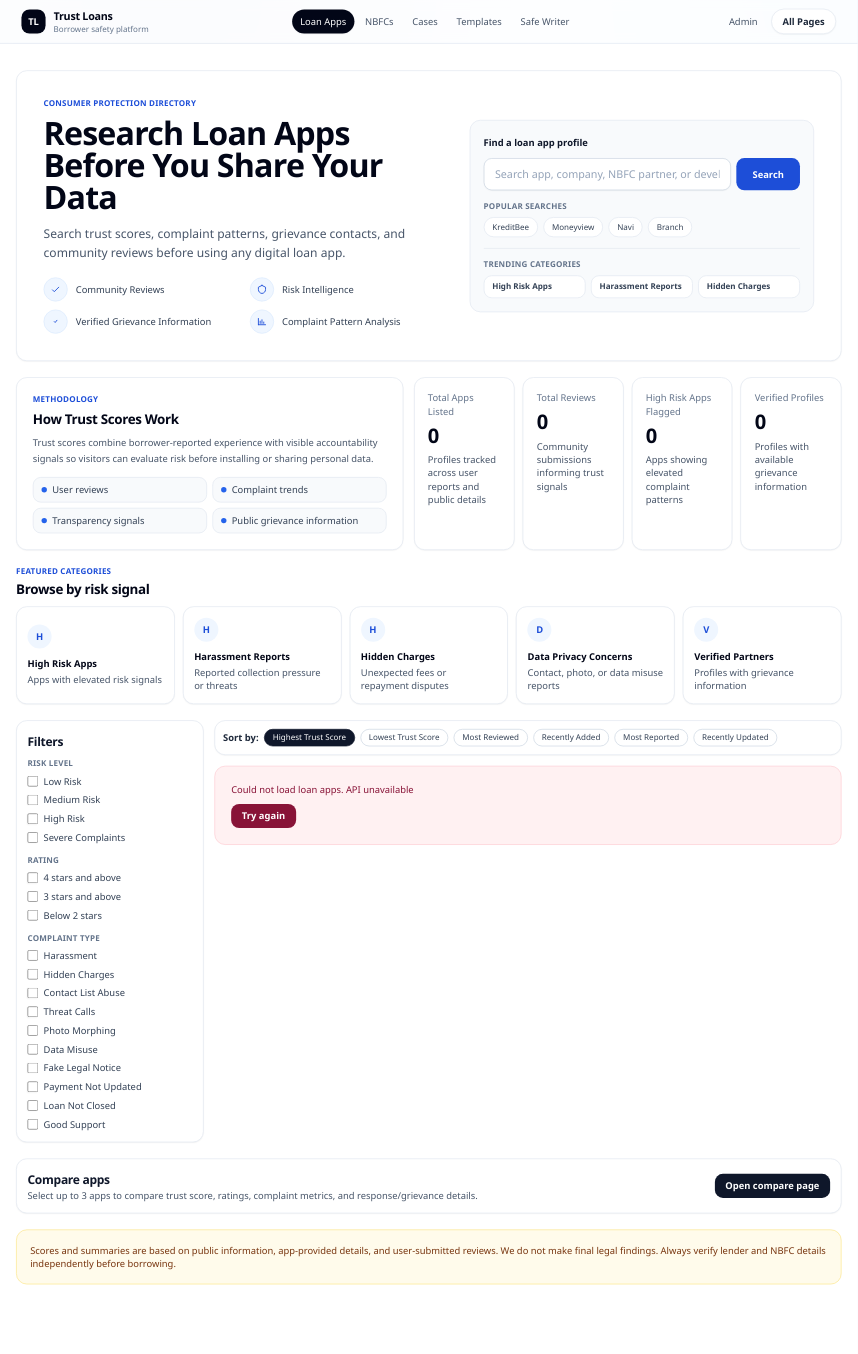
Repository: zenmeraki7/trust-loans
Page: /loan-apps
These files come from the project's save history. The page is drawn as it stood at one moment and after the next save; the edit follows.
The browser window is 1280 px wide. The pictures show the whole page, at 67% of full size.
The page's requests for data from a server got no answer. The project was rebuilt for these pictures with package versions that can differ from the ones it lists, and the page was loaded fresh each time. The framework's server and built-in components were replaced by stand-ins that run in the browser. No one was signed in, and anything a server would have sent is missing. Also part of the build but not shown: next.config.ts.

Above is the page before, as saved 2026-06-03 14:52:08.

After the next save:
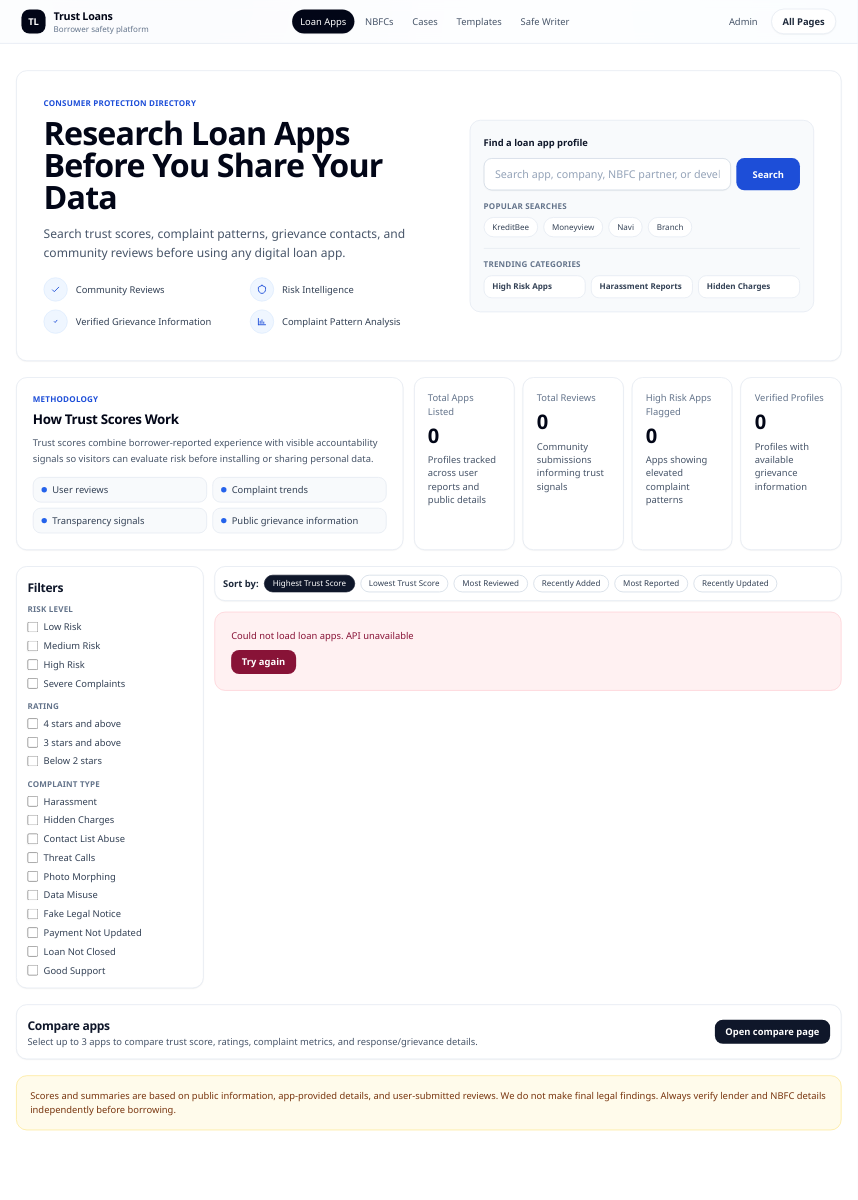
Saved 41 s later.
--- a/src/components/loan-directory/LoanAppsDirectoryPage.tsx
+++ b/src/components/loan-directory/LoanAppsDirectoryPage.tsx
@@ -180,25 +180,25 @@ export function FeaturedCategories({ onSelectCategory }: { onSelectCategory: (ca
     ["Verified Partners", "Profiles with grievance information"],
   ];
 
-  return (
-    <section className="space-y-3">
-      <div>
-        <p className="text-xs font-semibold uppercase tracking-wide text-blue-700">Featured categories</p>
-        <h2 className="mt-1 text-xl font-semibold text-slate-950">Browse by risk signal</h2>
-      </div>
-      <div className="grid gap-3 md:grid-cols-2 xl:grid-cols-5">
-        {categories.map(([title, description]) => (
-          <button key={title} onClick={() => onSelectCategory(title)} className="rounded-2xl border border-slate-200 bg-white p-4 text-left shadow-sm transition hover:border-blue-200 hover:shadow-md">
-            <span className="flex h-9 w-9 items-center justify-center rounded-full bg-blue-50 text-sm font-semibold text-blue-700">
-              {title.slice(0, 1)}
-            </span>
-            <span className="mt-3 block text-sm font-semibold text-slate-950">{title}</span>
-            <span className="mt-1 block text-sm leading-5 text-slate-600">{description}</span>
-          </button>
-        ))}
-      </div>
-    </section>
-  );
+  // return (
+  //   <section className="space-y-3">
+  //     <div>
+  //       <p className="text-xs font-semibold uppercase tracking-wide text-blue-700">Featured categories</p>
+  //       <h2 className="mt-1 text-xl font-semibold text-slate-950">Browse by risk signal</h2>
+  //     </div>
+  //     <div className="grid gap-3 md:grid-cols-2 xl:grid-cols-5">
+  //       {categories.map(([title, description]) => (
+  //         <button key={title} onClick={() => onSelectCategory(title)} className="rounded-2xl border border-slate-200 bg-white p-4 text-left shadow-sm transition hover:border-blue-200 hover:shadow-md">
+  //           <span className="flex h-9 w-9 items-center justify-center rounded-full bg-blue-50 text-sm font-semibold text-blue-700">
+  //             {title.slice(0, 1)}
+  //           </span>
+  //           <span className="mt-3 block text-sm font-semibold text-slate-950">{title}</span>
+  //           <span className="mt-1 block text-sm leading-5 text-slate-600">{description}</span>
+  //         </button>
+  //       ))}
+  //     </div>
+  //   </section>
+  // );
 }
 
 export function LoanAppFilterSidebar({
